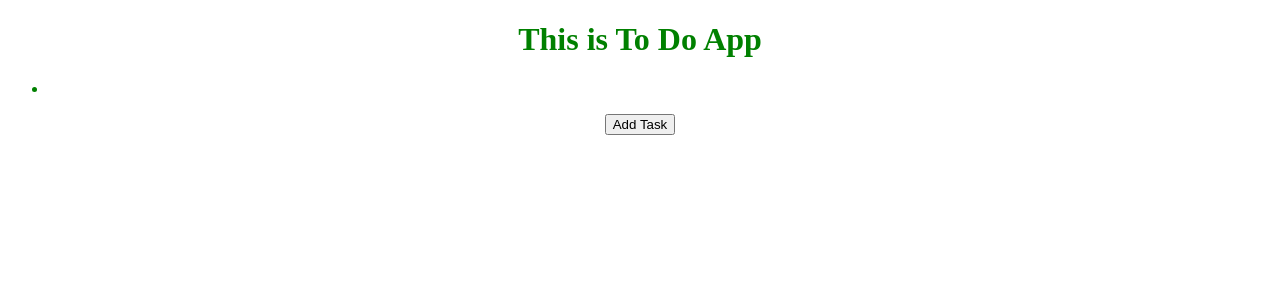
Repository: Gauravyadav678/GcounterApp
Page: / (app in gcounter/)
An editor plug-in stored every save of this project. The page is shown before and after the next save, followed by the edit.
The browser window is 1280 px wide. The pictures show the whole page.
The project was rebuilt for these pictures with package versions that can differ from the ones it lists, and the page was loaded fresh each time. Also part of the build but not shown: gcounter/src/index.css, gcounter/src/components/stopWatch.js, gcounter/src/components/typing.js, gcounter/src/counter.js.

Above is the page before, as saved 2024-10-23 20:06:23.

After the next save:
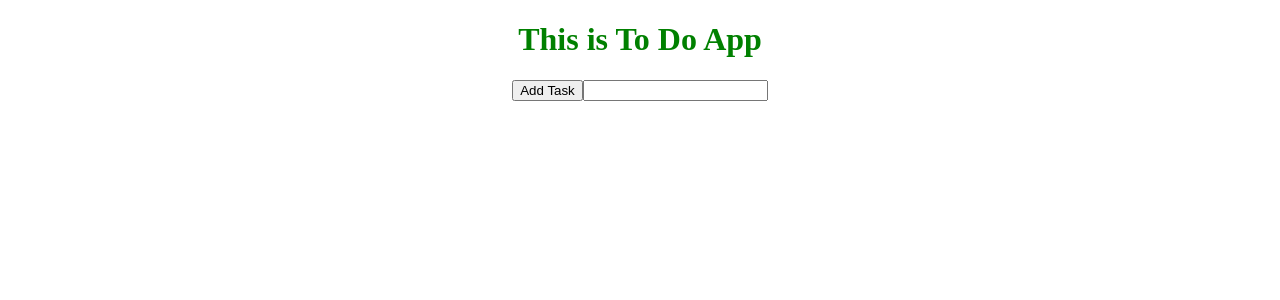
Saved 4 min 54 s later.
--- a/gcounter/src/components/todoApp.js
+++ b/gcounter/src/components/todoApp.js
@@ -2,15 +2,19 @@
 import React, {useState , useEffect} from "react";
 
 function TodoApp(){
+    const [task,setTask]=useState([]);
+
+    const addTask =  (event) => {
+     setTask(event.target.value);
+    }
     return(
         <>
         <h1>This is To Do App</h1>
         <ul>
-            <li>
 
-            </li>
         </ul>
-        <button>Add Task</button>
+        <button onClick={addTask}>Add Task</button>
+        <input value={task}></input>
         </>
     )
 }
